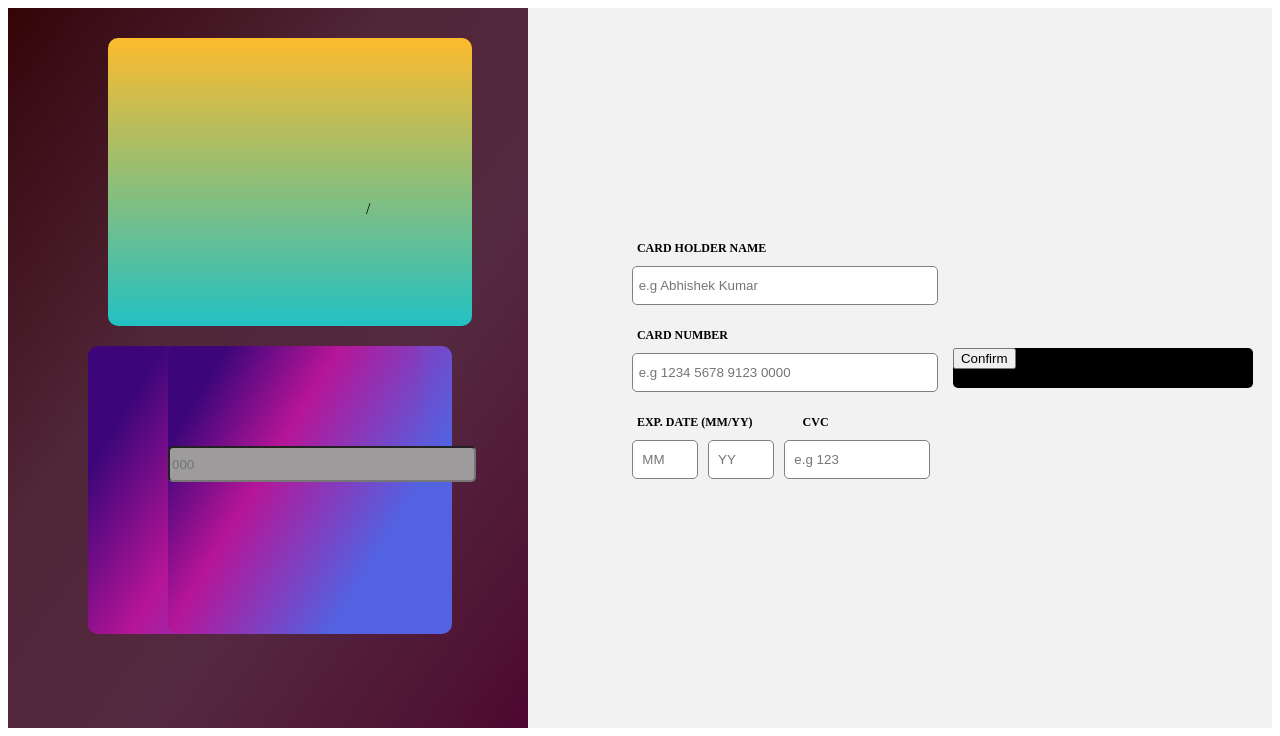
Repository: Abhi2359/frontendchallenge-1
Page: /
An editor plug-in stored every save of this project. The page is shown before and after the next save, followed by the edit.
The browser window is 1280 px wide. The pictures show the whole page.
The project was rebuilt for these pictures with package versions that can differ from the ones it lists, and the page was loaded fresh each time. Also part of the build but not shown: src/components/Add/Compelete.css, src/components/Add/Compelete.js.

Above is the page before, as saved 2023-02-15 17:57:24.

After the next save:
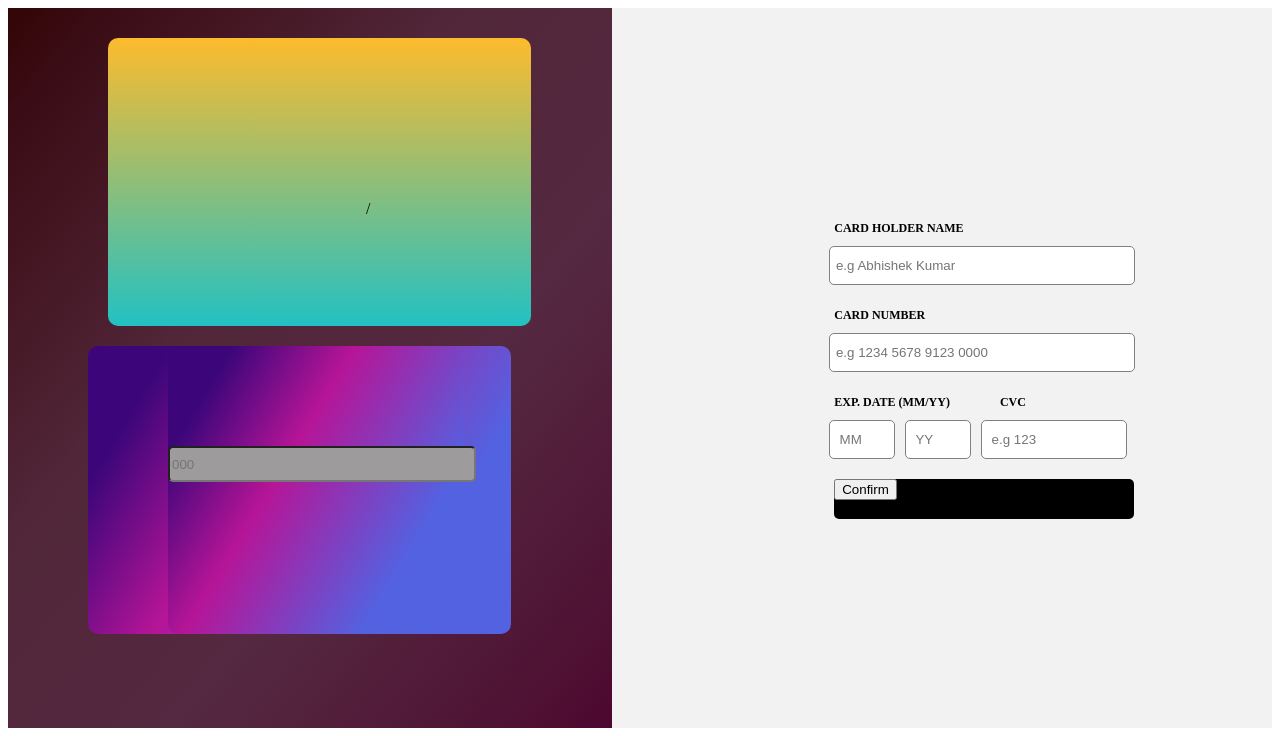
Saved 4 s later.
--- a/src/components/Layout/Layout.js
+++ b/src/components/Layout/Layout.js
@@ -114,10 +114,10 @@ function Layout() {
                     className="number"
                   />
                 </div>
+           <Button/>
               </div>
             </form>
 
-           <Button/>
           </div>
         </div>
       </div>
